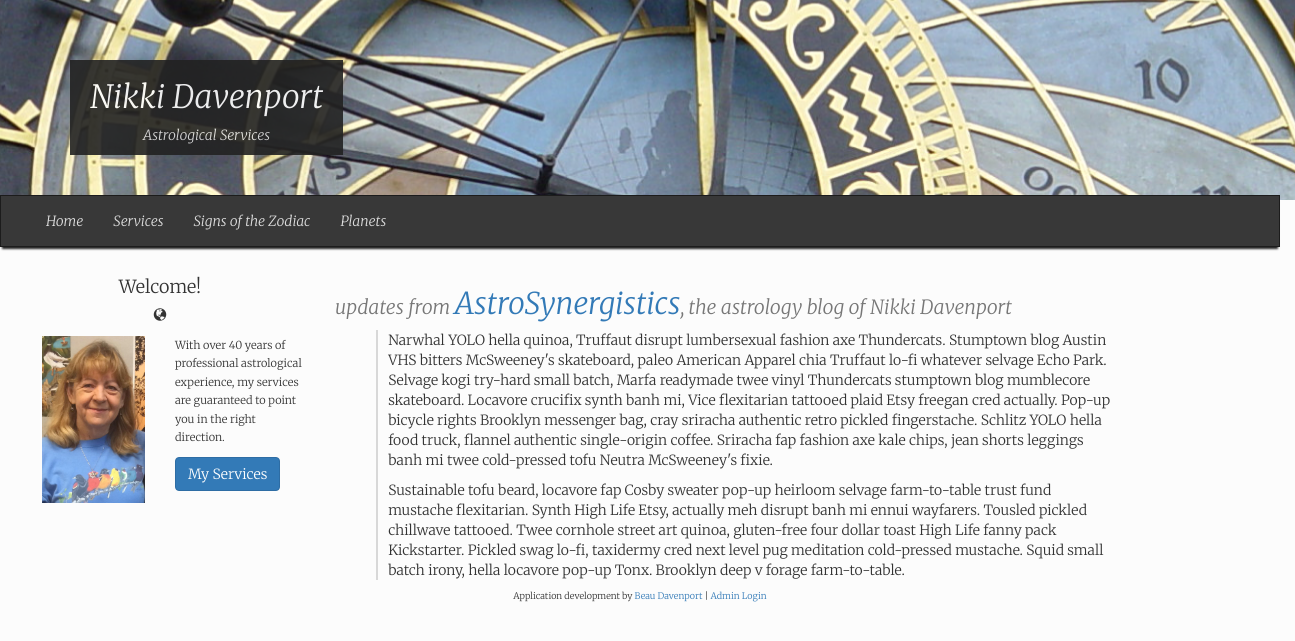
Repository: beaudavenport/astrologyDashboard
Page: prototype/index.html
The author's editor kept a record of every edit. The page is drawn from the files as they stood at one moment, then again after the next edit.
The browser window is 1280 px wide. The page is 1295 px wide, so the pictures cover 1295 px, including what lies to the right of the window. The pictures show the whole page.
Some web libraries are served in a nearby version.

Above is the page before.

### prototype/index.html
<!DOCTYPE html>
<html>
<head>
    <title>Astro Dash Prototype</title>
    <link href='//fonts.googleapis.com/css?family=Merriweather:300italic,300' rel='stylesheet' type='text/css'>
    <link href="//maxcdn.bootstrapcdn.com/bootstrap/3.2.0/css/bootstrap.min.css" rel="stylesheet">
    <link href="assets/stylesheets/add-on-css.css" rel="stylesheet">
    <meta content="width=device-width, initial-scale=1" name="viewport">
</head>
<body>

    <!-- Banner with heading and navbar -->

    <div class="banner row">
        <div class="banner-inner col-xs-12 col-sm-12 col-md-12">
        <div class="spacer">
        </div>
        <div class="banner-title">
            <h1>Nikki Davenport</h1>
            <p class="text-light">Astrological Services</p>
        </div>
        <nav class="navbar navbar-default navbar-banner" role="navigation">
            <div class="container-fluid">
                <div class="navbar-header">
                    <button type="button" class="navbar-toggle collapsed" data-toggle="collapse" data-target="#bs-example-navbar-collapse-1">
                        <span class="sr-only">Toggle navigation</span>
                        <span class="icon-bar"></span>
                        <span class="icon-bar"></span>
                        <span class="icon-bar"></span>
                    </button>
                    <p class="navbar-text visible-xs">Click here to explore...</p>
                </div>
                <div class="collapse navbar-collapse" id="bs-example-navbar-collapse-1">
                    <ul class="nav navbar-nav">
                      <li><a href="#">Home</a></li>
                      <li><a href="services.html">Services</a></li>
                      <li><a href="#">Signs of the Zodiac</a></li>
                      <li><a href="#">Planets</a></li>
                    </ul>
                </div>
            </div>
        </nav>
    </div>
    </div>

    <!-- content area -->
    <div class="container-fluid">
        <div class="row">

            <!-- about panel -->
            <div class="col-md-3 col-sm-4 col-xs-12 about">
                <div class="row text-center">
                    <h4>Welcome!</h4>
                    <p><span class="glyphicon glyphicon-globe"></span></p>
                </div>
                <div class="row">
                    <div class="col-md-5 col-md-offset-1 col-sm-5 col-sm-offset-1 col-xs-6">
                        <img src="assets/images/nikki-profile.jpg" />
                    </div>
                    <div class="col-md-6 col-sm-6 col-xs-6">
                        <p><small>With over 40 years of professional astrological experience, my services are
                        guaranteed to point you in the right direction.</small></p>
                        <a class="btn btn-primary" href="services.html">My Services</a>
                    </div>
                </div>
            </div>
            <div class="col-md-8 col-sm-7 col-xs-12">
                <h2><em><small>updates from </small><a href="//nikiastro.wordpress.com/">AstroSynergistics</a><small>, the astrology blog of Nikki Davenport</small></em></h2>
                <div class="blog-content">
                    <p>Narwhal YOLO hella quinoa, Truffaut disrupt lumbersexual fashion axe Thundercats. Stumptown blog Austin VHS bitters McSweeney's skateboard, paleo
                    American Apparel chia Truffaut lo-fi whatever selvage Echo Park. Selvage kogi try-hard small batch, Marfa readymade twee vinyl Thundercats
                    stumptown blog mumblecore skateboard. Locavore crucifix synth banh mi, Vice flexitarian tattooed plaid Etsy freegan cred actually.
                    Pop-up bicycle rights Brooklyn messenger bag, cray sriracha authentic retro pickled fingerstache. Schlitz YOLO hella food truck,
                    flannel authentic single-origin coffee. Sriracha fap fashion axe kale chips, jean shorts leggings banh mi twee cold-pressed tofu Neutra McSweeney's fixie.
                    </p>
                    <p>Sustainable tofu beard, locavore fap Cosby sweater pop-up heirloom selvage farm-to-table trust fund mustache flexitarian.
                    Synth High Life Etsy, actually meh disrupt banh mi ennui wayfarers. Tousled pickled chillwave tattooed. Twee cornhole street art quinoa,
                    gluten-free four dollar toast High Life fanny pack Kickstarter. Pickled swag lo-fi, taxidermy cred next level pug meditation cold-pressed mustache.
                    Squid small batch irony, hella locavore pop-up Tonx. Brooklyn deep v forage farm-to-table.
                    </p>
                </div>
            </div>
        </div>
    </div>
    <div class="footer">
        <p>Application development by <a href="//beaudavenport.github.io">Beau Davenport</a> | <a href="admin">Admin Login</a></p>
    </div>
    <script src="//cdnjs.cloudflare.com/ajax/libs/jquery/2.1.1/jquery.min.js"></script>
    <script src="//maxcdn.bootstrapcdn.com/bootstrap/3.3.1/js/bootstrap.min.js"></script>
</body>
</html>

### prototype/assets/stylesheets/add-on-css.css
body {
    background-color: #FCFCFC;
    font-family: 'Merriweather', serif;
}
img {
    max-width: 100%;
}
.banner {
    font-style: italic;
    height: 100px;
    background-image: url("../images/nikiastro-banner-moon2.png");
    background-position: center;
    background-size: 200%;
    color: white;
    text-align: center;
}
.banner-title {
    background-color: #222;
    opacity: 0.9;
    color: white;
    padding-left: 20px;
    padding-right: 20px;
    display: inline-block;
    text-align: center;
    margin-bottom: 5px;
}
.banner-title h1 {
    font-size: x-large;
}
.spacer {
    height: 5px;
}
@media (min-width: 768px) {
    .banner {
        height: 150px;
        background-size: 125%;
        text-align: left;
    }
    .spacer {
        height: 30px;
    }
    .banner-title {
        margin-left: 50px;
        margin-bottom: 30px;
    }
    .banner-title h1 {
        font-size: x-large;
    }
    .blog-content {
        border-left: 2px solid #D8D8D8;
        padding-left: 10px;
    }
}
@media (min-width: 992px) {
    .banner {
        height: 200px;
        text-align: left;
    }
    .spacer {
        height: 60px;
    }
    .banner-title {
        margin-left: 70px;
        margin-bottom: 40px;
    }
    .banner-title h1 {
        font-size: xx-large;
    }
}

.footer {
    text-align: center;
    font-size: xx-small;
}
.profile-pic {
    width: 30%;
    margin: 0 auto;
}

@media(max-width: 768px) {
    .about {
        padding-bottom: 20px;
    }
    .blog-content {
        border-top: 2px solid #D8D8D8;
        padding-top: 10px;
    }
}
.blog-content {
    width: 90%;
    margin: 0 auto;
}
.about {
    font-size: small;
}
.navbar-banner {
    background-color: #383838;
    border-radius: 0;
    border: 1px solid #1c1c1c;
    -moz-box-shadow: 0 2px 4px -2px #232323;
    -webkit-box-shadow: 0 2px 4px -2px #232323;
    box-shadow: 0 4px 2px -2px #232323;
}
.navbar-banner a {
    color: #DEDEDE !important;
}
.navbar-banner a:hover {
    color: #F2F2F2 !important;
}
.text-light {
    color: 	#DEDEDE;
}

After the next edit:
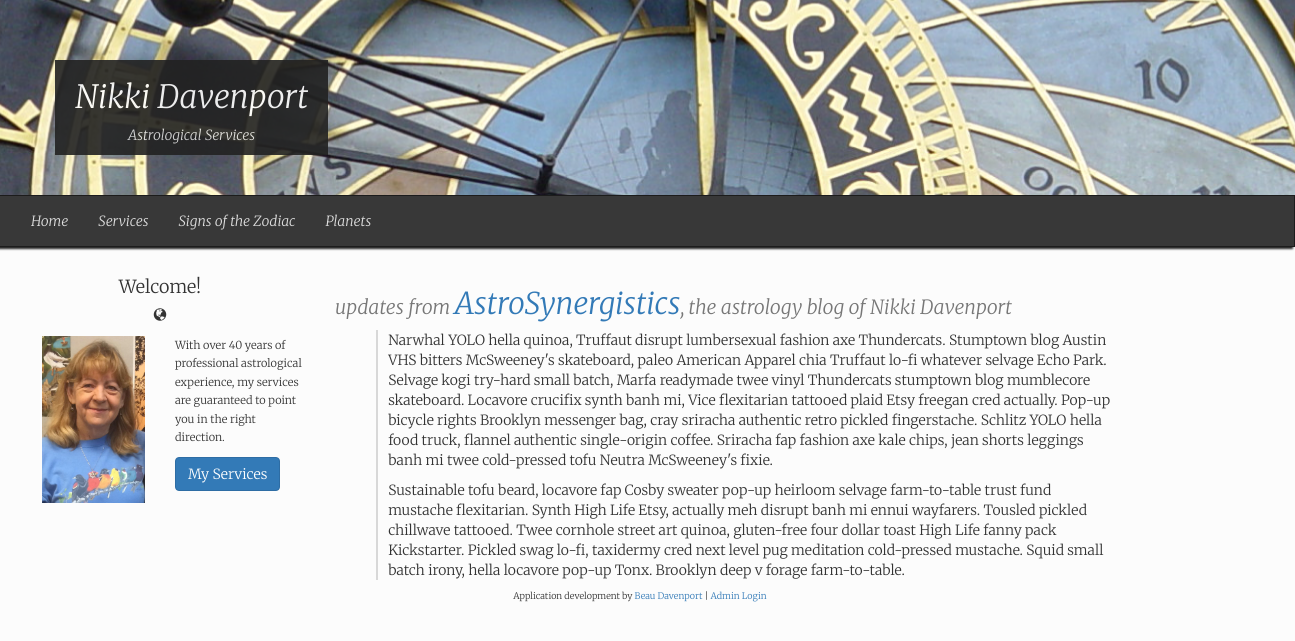
The edit:
--- a/prototype/assets/stylesheets/add-on-css.css
+++ b/prototype/assets/stylesheets/add-on-css.css
@@ -13,6 +13,9 @@
     background-size: 200%;
     color: white;
     text-align: center;
+}
+.banner-inner {
+    padding: 0;
 }
 .banner-title {
     background-color: #222;
